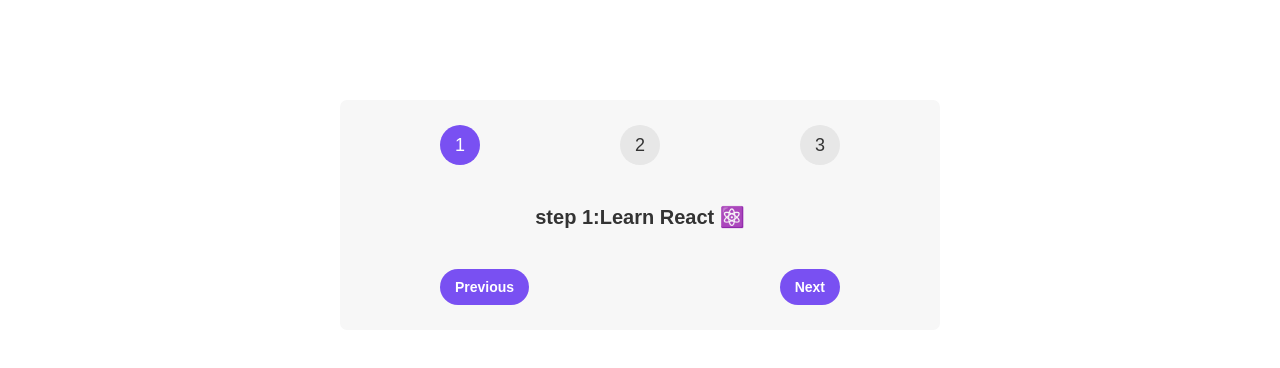
Repository: masamichan/steps
Page: /
The author's editor kept a copy of each file at every save. The page is drawn from the files as they stood at one save, then again after the next save.
The browser window is 1280 px wide. The pictures show the whole page.
The project was rebuilt for these pictures with package versions that can differ from the ones it lists, and the page was loaded fresh each time.

Above is the page before, as saved 2023-12-31 09:16:27.

After the next save:
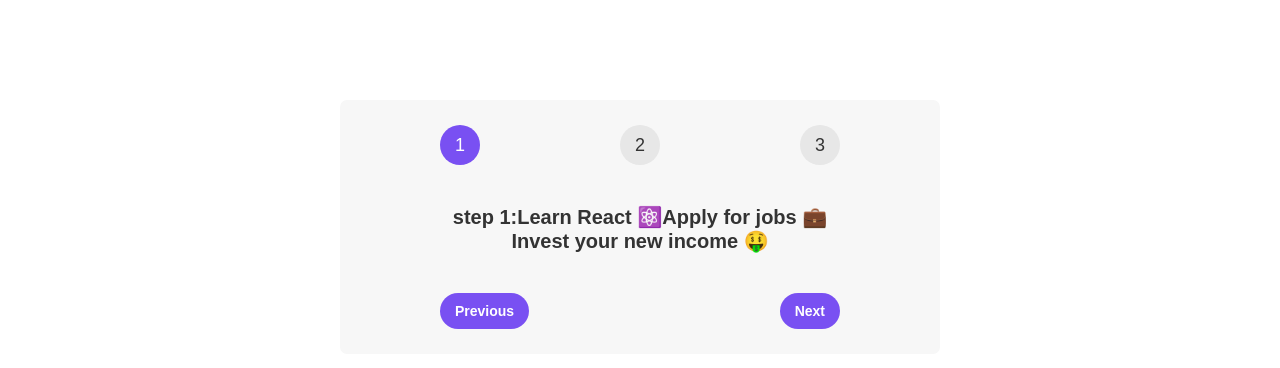
Saved 17 s later.
--- a/src/App.js
+++ b/src/App.js
@@ -25,7 +25,7 @@ export default function App() {
         <div className={`${step >= 3 ? "active" : ""}`}>3</div>
       </div>
       <p className="message">
-        step {step}:{messages[step - 1]}
+        step {step}:{messages}
       </p>
       <div className="buttons">
         <button
